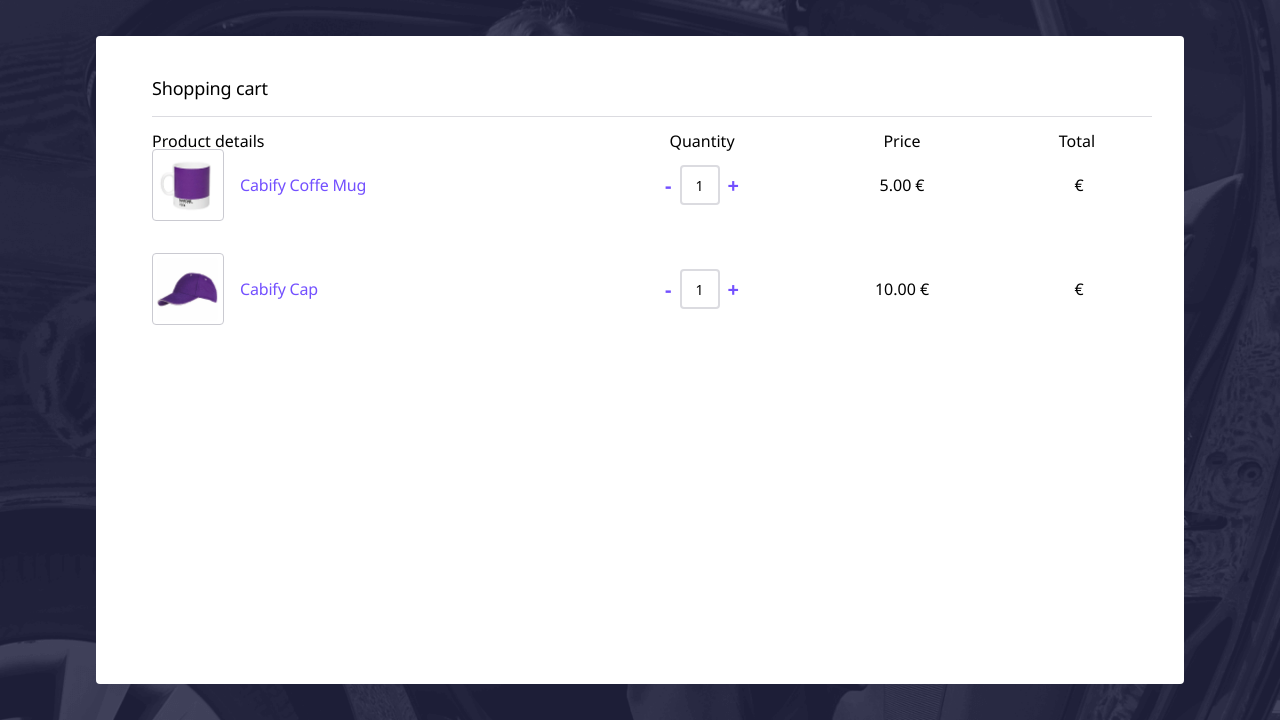
Repository: banchiec/challengecbfy
Page: /
An editor plug-in stored every save of this project. The page is shown before and after the next save, followed by the edit.
The browser window is 1280 px wide. The pictures show the whole page.
The project was rebuilt for these pictures with package versions that can differ from the ones it lists, and the page was loaded fresh each time. Also part of the build but not shown: craco.config.js.

Above is the page before, as saved 2021-12-08 18:19:29.

### src/index.js
import './index.css';
import App from './App';
import Checkout from './helpers/checkout'
// here a service should be called to obtain the api data
import { products } from './data/data'

import discounts from './helpers/discounts';

const purchase = new Checkout(products, discounts)
purchase.init()
App(purchase)

### src/App.js
import { render } from 'react-dom';
import Main from './components/main/Main'
import './App.css';

function App(purchase) {
  render(<Main purchase={purchase} />, document.getElementById('root'))
}

export default App;

### src/helpers/checkout.js
export default class Checkout {
    constructor(products, discounts = []) {
        this.price = products.reduce((acc, curr) => ({ ...acc, [curr.code]: curr }), {})
        this.discounts = discounts
        this.cartItems = []
    }
    init() {
        this.scan('T-SHIRT')
        this.scan('MUG')
        this.scan('CAP')
    }
    get items() {
        return this.cartItems
    }
    scan(code, argument = 1) {
        const currentCartItem = this.cartItems.find((product) => product.code === code)

        if (currentCartItem) {
            switch (argument) {
                case 1:
                    currentCartItem.count += 1
                    break
                case -1:
                    currentCartItem.count -= 1
                    if (currentCartItem.count === 0) {
                        this.cartItems = this.cartItems.filter((item) => item.code !== code)
                    }
                    break
                default:
                    currentCartItem.count = argument;
                    break
            }
            return this
        }
        const currentPriceItem = this.price[code]
        if (currentPriceItem) {
            switch (argument) {
                case 1:
                    this.cartItems.push({ ...currentPriceItem, count: 1 })
                    break
                default:
                    this.cartItems.push({ ...currentPriceItem, count: argument })
            }
            return this
        }
    }
    cost() {

    }
}

### src/data/data.js
import shirt from '../assets/images/shirt.png'
import mug from '../assets/images/mug.png'
import cap from '../assets/images/cap.png'
export const products = [
    {
        id: '1',
        code: 'TSHIRT',
        name: 'Cabify T-Shirt',
        price: '20.00',
        image: shirt
    },
    {
        id: '2',
        code: 'TSHIRT',
        name: 'Cabify T-Shirt green',
        price: '19.00',
        image: shirt
    },
    {
        id: '3',
        code: 'MUG',
        name: 'Cabify Coffe Mug',
        price: '5.00',
        image: mug

    },
    {
        id: '4',
        code: 'CAP',
        name: 'Cabify Cap',
        price: '10.00',
        image: cap

    }
]

### src/helpers/discounts.js
const discounts = [
    {
        discount: '2x1Mug',
        check: (products) => {
            const currentProduct = products.find((product) => product.code === 'MUG')
            if (currentProduct && currentProduct.count > 1) {
                return ({
                    name: '2x1 Mug offer',
                    discountAmount: Math.trunc(currentProduct.count / 2) * currentProduct.price
                })
            }
            return null
        }
    },
    {
        discount: 't-shirtMore3',
        check: (products) => {
            const currentProduct = products.find((product) => products.code === 'T-SHIRT')
            if (currentProduct && currentProduct.count >= 3) {
                return ({
                    name: 'x3 shirt offer',
                    discountAmount: (currentProduct.price / 100) * 5 * currentProduct.count
                })
            }
            return null
        }
    }
]

export default discounts

### src/components/main/Main.js
import { useState } from "react"
import { ShoppingCart } from "../shoppingCart/ShoppingCart"

export default function Main(props) {
    const { purchase } = props
    const [items, setItems] = useState(purchase.items)

    const scan = (code) => (op) => (e) => {

    }
    const cost = (code) => purchase.cost(code)

    // console.log(purchase)
    // console.log(items)
    return (
        <main className="App">
            <ShoppingCart items={items} scan={scan} cost={cost} />
        </main>
    )
}

### src/App.css
* {
  box-sizing: border-box;
  outline: none;
}

html,
body,
div,
span,
applet,
object,
iframe,
h1,
h2,
h3,
h4,
h5,
h6,
p,
blockquote,
pre,
a,
abbr,
acronym,
address,
big,
button,
cite,
code,
del,
dfn,
em,
img,
ins,
kbd,
q,
s,
samp,
small,
strike,
strong,
sub,
sup,
tt,
var,
b,
u,
i,
center,
dl,
dt,
dd,
ol,
ul,
li,
fieldset,
form,
label,
legend,
table,
caption,
tbody,
tfoot,
thead,
tr,
th,
td,
article,
aside,
canvas,
details,
embed,
figure,
figcaption,
footer,
header,
hgroup,
menu,
nav,
output,
ruby,
section,
summary,
time,
mark,
audio,
video {
  margin: 0;
  padding: 0;
  border: 0;
  vertical-align: baseline;
  font: 100%;
}

/* HTML5 display-role reset for older browsers */
article,
aside,
details,
figcaption,
figure,
footer,
header,
hgroup,
menu,
nav,
section {
  display: block;
}

body {
  -webkit-font-smoothing: antialiased;
  -moz-osx-font-smoothing: grayscale;
  line-height: 1;
}

ol,
ul {
  list-style: none;
}

blockquote,
q {
  quotes: none;
}

a {
  cursor: pointer;
}

blockquote:before,
blockquote:after,
q:before,
q:after {
  content: none;
}

table {
  border-spacing: 0;
  border-collapse: collapse;
}

a {
  text-decoration: none;
}

input:not([type="checkbox"]):not([type="radio"]),
textarea {
  appearance: none;
}

input[type="number"]::-webkit-outer-spin-button,
input[type="number"]::-webkit-inner-spin-button {
  margin: 0;
  appearance: none;
}

input[type="number"] {
  appearance: textfield;
}

input::-ms-clear {
  display: none;
}

select::-ms-expand {
  display: none;
}

textarea {
  overflow: auto;
  vertical-align: top;
}

input::placeholder {
  opacity: 1;
}

h1.main {
  padding-bottom: 16px;
  border-bottom: 1px solid rgba(33, 34, 64, 0.16);
}

.wrapper.border,
.wrapper-half.border {
  border-bottom: 1px solid rgba(33, 34, 64, 0.16);
}

h2,
.products-list li.products-list-title {
  color: #a6a7b3;
  text-transform: uppercase;
  letter-spacing: 1px;
  font-size: 10px;
  line-height: 16px;
}

h2,
.product-code {
  font-size: 12px;
  line-height: 16px;
}

.product-quantity,
.summary input,
.summary ul li,
.summary-total-cost {
  font-size: 14px;
  line-height: 17px;
}

.product h1 {
  font-size: 16px;
  line-height: 24px;
}

.products button.count,
.summary-total-price {
  font-size: 20px;
  line-height: 25px;
}

h2 {
  color: #717285;
  letter-spacing: 0;
  font-weight: 300;
}

h2 + * {
  margin-top: 16px;
}

body {
  margin: 0;
  padding: 0;
  height: 100vh;
  background-image: url("./assets/images/background.png");
  background-color: #212240;
  background-position: top left;
  background-size: cover;
  font-family: Avenir, "Avenir Next", "Segoe UI", sans-serif;
  font-weight: regular;
}

.App {
  position: fixed;
  top: 50%;
  left: 50%;
  display: flex;
  overflow-x: hidden;
  overflow-y: auto;
  max-width: 1088px;
  max-height: 648px;
  width: calc(100% - 64px);
  height: calc(100% - 64px);
  border-radius: 4px;
  background-color: #ffffff;
  transform: translate(-50%, -50%);
}

h1 {
  position: relative;
  letter-spacing: -0.18px;
  font-size: 18px;
  line-height: 24px;
}

.wrapper {
  padding: 32px 0;
}

.wrapper-half {
  padding: 24px 0;
}

.tableHead {
  padding: 32px 0;
}

.row {
  position: relative;
  display: flex;
  flex-flow: row nowrap;
  justify-content: space-between;
}

.row + .row {
  margin-top: 32px;
}

[class*="col-"] {
  display: flex;
  align-items: center;
}

[class*="col-"]:nth-child(n + 2) {
  justify-content: center;
}

.col-product {
  width: 45%;
}

.col-quantity {
  width: 20%;
}

.col-price {
  width: 20%;
}

.col-total {
  width: 15%;
}

input {
  width: 100%;
  height: 48px;
  border-radius: 4px;
}

.currency {
  margin-left: 4px;
}

.products {
  padding: 40px 32px 40px 56px;
}

.products button.count {
  padding: 0 8px;
  height: 40px;
  border: none;
  background: transparent;
  color: #7350ff;
  font-weight: bold;
  cursor: pointer;
}

.products {
  flex: 1;
}

.products-list {
  position: relative;
  width: 100%;
}

.product-image {
  display: flex;
  align-items: center;
  flex-flow: row nowrap;
}

.product-image img {
  margin-right: 16px;
  width: 72px;
  height: 72px;
  border: 1px solid #cacad1;
  border-radius: 4px;
}

.product-code {
  border-radius: 4px;
  color: #a6a7b3;
  letter-spacing: 0.13px;
  font-weight: 400;
}

.product-quantity {
  width: 40px;
  height: 40px;
  border: 2px solid #dbdbe0;
  border-radius: 4px;
  text-align: center;
}

.product-price {
  color: #000000;
  font-size: 16px;
}

.product .clear {
  border: none;
  background: transparent;
}

.product .clear span {
  position: relative;
  display: block;
  width: 16px;
  height: 16px;
}

.product .clear span:before,
.product .clear span:after {
  content: "";
  position: absolute;
  top: 8px;
  left: 2px;
  display: block;
  width: 12px;
  height: 2px;
  border-radius: 8px;
  background-color: #a6a7b3;
  transform: rotate(-45deg);
  transform-origin: center center;
}

.product .clear span:before {
  transform: rotate(45deg);
}

.product h1 {
  color: #7350ff;
}

.summary {
  display: flex;
  flex-flow: column wrap;
  padding: 40px 32px;
  width: 312px;
  background-color: #f3f3f3;
  color: #212240;
}

.summary > * {
  width: 100%;
}

.summary-items-price {
  font-size: 16px;
  font-weight: bold;
}

.summary input {
  margin: 8px auto;
  color: #a6a7b3;
  text-indent: 16px;
  text-transform: uppercase;
}

.summary input::placeholder {
  color: #a6a7b3;
  text-transform: lowercase;
}

.summary ul li {
  display: flex;
  justify-content: space-between;
}

.summary ul li > *:nth-child(2) {
  font-weight: bold;
}

.summary ul li + li {
  margin-top: 20px;
}

.summary-total {
  align-self: flex-end;
  margin-top: auto;
  padding-top: 16px;
  padding-bottom: 0;
  border-top: 1px solid rgba(33, 34, 64, 0.16);
  color: #212240;
}

.summary-total-cost {
  flex-basis: 100%;
  text-transform: uppercase;
}

.summary-total-price {
  font-weight: bold;
}

.summary button[type="submit"] {
  margin-top: 24px;
  padding-top: 16px;
  padding-bottom: 16px;
  width: 100%;
  border-radius: 4px;
  background: #7350ff;
  color: #ffffff;
  font-size: 16px;
  font-weight: bold;
  line-height: 14px;
  cursor: pointer;
}

### src/components/shoppingCart/ShoppingCart.js
import { uniqueId } from 'lodash'
import { ContainerShoppingCart } from './ShoppingCart.styled'
import { CartString } from '../CartString/CartString'

export const ShoppingCart = (props) => {
    console.log(props)
    const { items, scan, cost } = props
    return (
        <section className="products">
            <h1 className="main">Shopping cart</h1>
            <ul className="mt-4">
                <li className="products-list-title row">
                    <div className="col-product">Product details</div>
                    <div className="col-quantity">Quantity</div>
                    <div className="col-price">Price</div>
                    <div className="col-total">Total</div>
                </li>
            </ul>
            <ul className="products-list">
                {items.map((item) => (
                    <CartString
                        content={item}
                        scan={scan(item.code)}
                        cost={cost(item.code)}
                        key={uniqueId()}
                    />
                ))}
            </ul>
        </section>
    )
}

### src/components/shoppingCart/ShoppingCart.styled.js
import styled from "styled-components"

export const ContainerShoppingCart = styled.section`
    flex: 1;
    padding :40px 32px 40px 56px;

    h1{
        padding-bottom: 16px;
        border-bottom:1px solid rgba(33,34,64,0.16);
        font-size: 22px;
    }
    h2,ul{
        color: #a6a7b2;
        text-transform: uppercase;
        letter-spacing: 1px;
        font-size: 10px;
        line-height: 16px;
        li{
        }
    }
`

### src/components/CartString/CartString.js
export const CartString = (props) => {
    const {
        content: {
            productCode,
            name,
            count,
            image,
            price
        },
        scan,
        cost
    } = props
    console.log(image)
    return (
        <li className="product row">
            <div className="col-product">
                <figure className="product-image">
                    <img src={image} alt={image} />
                    <div className="product-description">
                        <h1>{name}</h1>
                        <p className="product-code">{productCode}</p>
                    </div>
                </figure>
            </div>
            <div className="col-quantity">
                <button type="button" className="count" onClick={scan('dec')}>
                    -
                </button>
                <input type="text" className="product-quantity" value={count} onChange={scan('set')} />
                <button type="button" className="count" onClick={scan('inc')}>
                    +
                </button>
            </div>
            <div className="col-price">
                <span className="product-price">
                    {price}
                </span>
                <span className="product-currency currency">€</span>
            </div>
            <div className="col-total">
                <span className="product-price">{cost}</span>
                <span className="product-currency currency">€</span>
            </div>
        </li>
    )
}

Loaded but not shown: public/index.html (common file); src/index.css (common file); tailwind.config.js (common file)

After the next save:
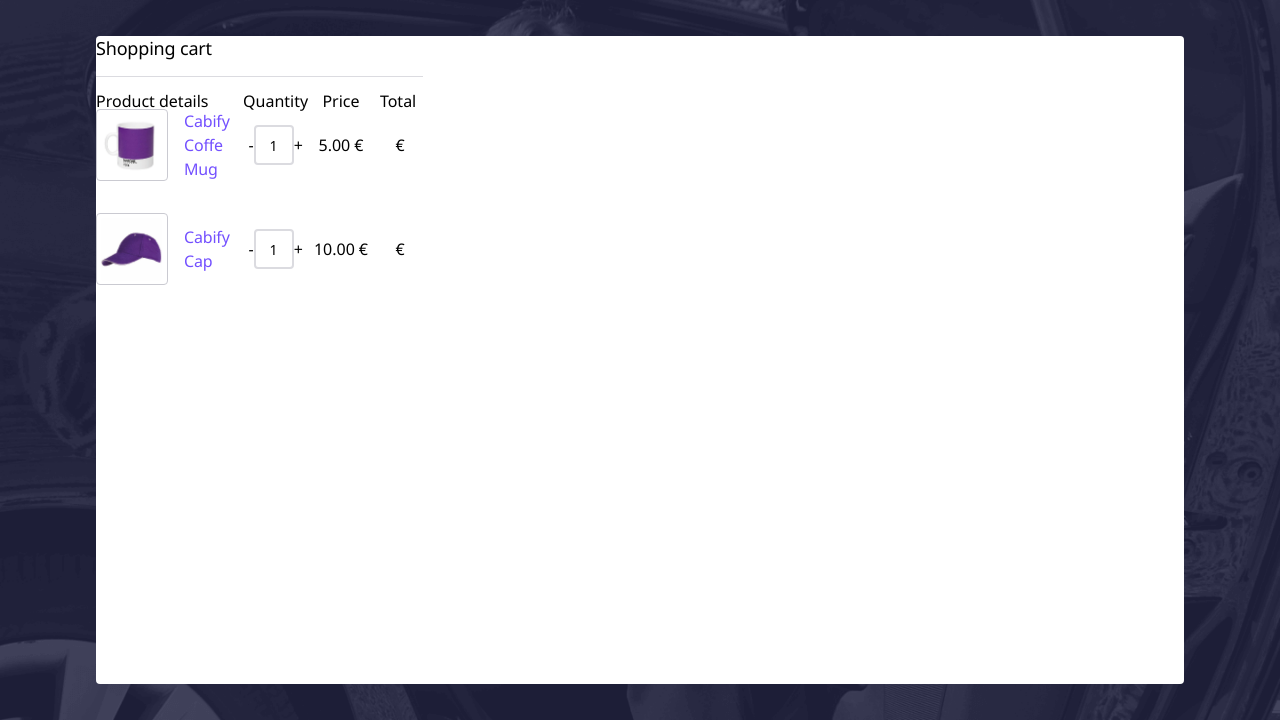
Saved 14 s later.
--- a/src/components/shoppingCart/ShoppingCart.js
+++ b/src/components/shoppingCart/ShoppingCart.js
@@ -6,7 +6,7 @@
     console.log(props)
     const { items, scan, cost } = props
     return (
-        <section className="products">
+        <section className="">
             <h1 className="main">Shopping cart</h1>
             <ul className="mt-4">
                 <li className="products-list-title row">

After the save that followed:
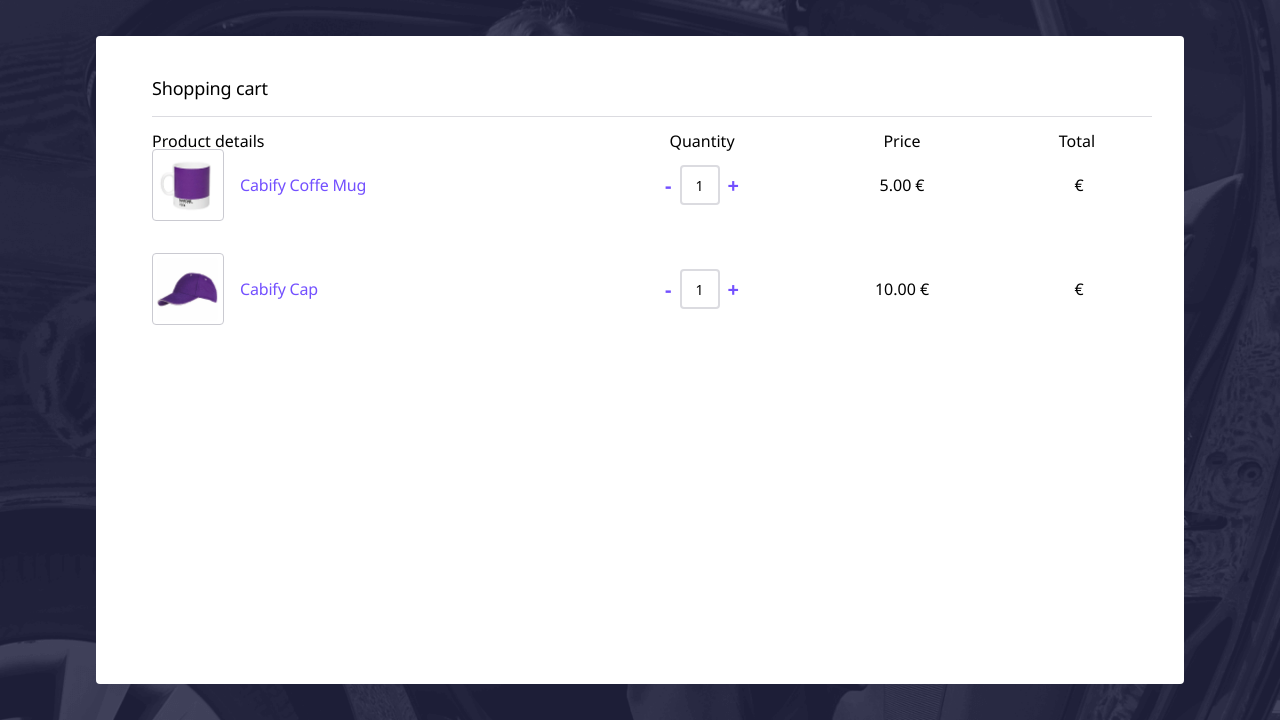
Saved 4 s later.
--- a/src/components/shoppingCart/ShoppingCart.js
+++ b/src/components/shoppingCart/ShoppingCart.js
@@ -6,7 +6,7 @@
     console.log(props)
     const { items, scan, cost } = props
     return (
-        <section className="">
+        <section className="products">
             <h1 className="main">Shopping cart</h1>
             <ul className="mt-4">
                 <li className="products-list-title row">
